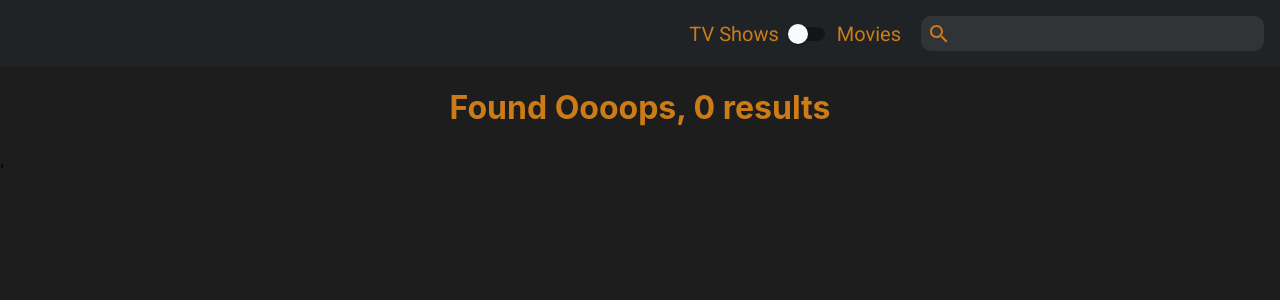
Repository: Amad-Mlinka/Movie-v2
Page: /
An editor plug-in stored every save of this project. The page is shown before and after a run of saves, followed by the edit.
The browser window is 1280 px wide. The pictures show the whole page.
The page's requests for data from a server got no answer. The project was rebuilt for these pictures with package versions that can differ from the ones it lists, and the page was loaded fresh each time. No one was signed in, and anything a server would have sent is missing. Also part of the build but not shown: src/components/media/Media.scss, src/components/media/Movie.tsx, src/components/media/Tv.tsx, src/pages/DetailPage.scss, src/pages/DetailPage.tsx.

Above is the page before, as saved 2021-04-30 06:40:37.

After the next 2 saves:
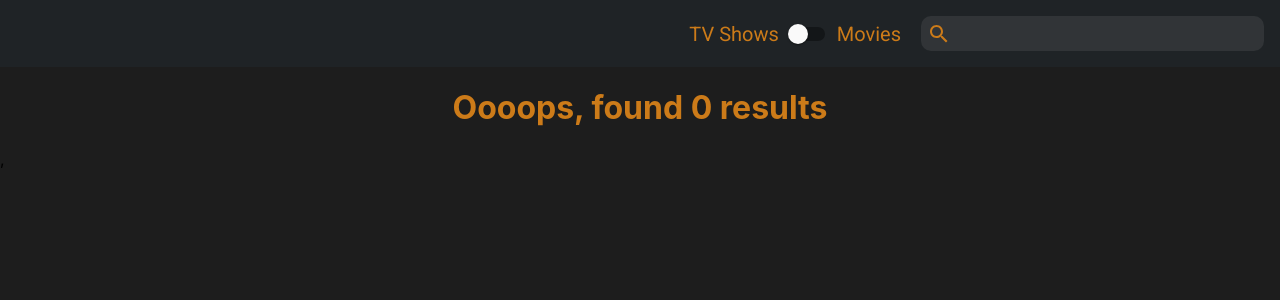
The 2 saves are shown as one change because they came seconds apart.
The last was saved 14 s later.
--- a/src/components/mediaList/MediaList.tsx
+++ b/src/components/mediaList/MediaList.tsx
@@ -95,7 +95,7 @@ export const MediaList = () => {
         <>
             <div className="count">
                 <h1 className="results-header">
-                    Found {state.media.length===0 ? `Oooops, ${state.media.length} ` : `Found ${state.media.length} `} results
+                    {state.media.length===0 ? `Oooops, found ${state.media.length} ` : `Found ${state.media.length} `} results
                 </h1>
 
             </div>
